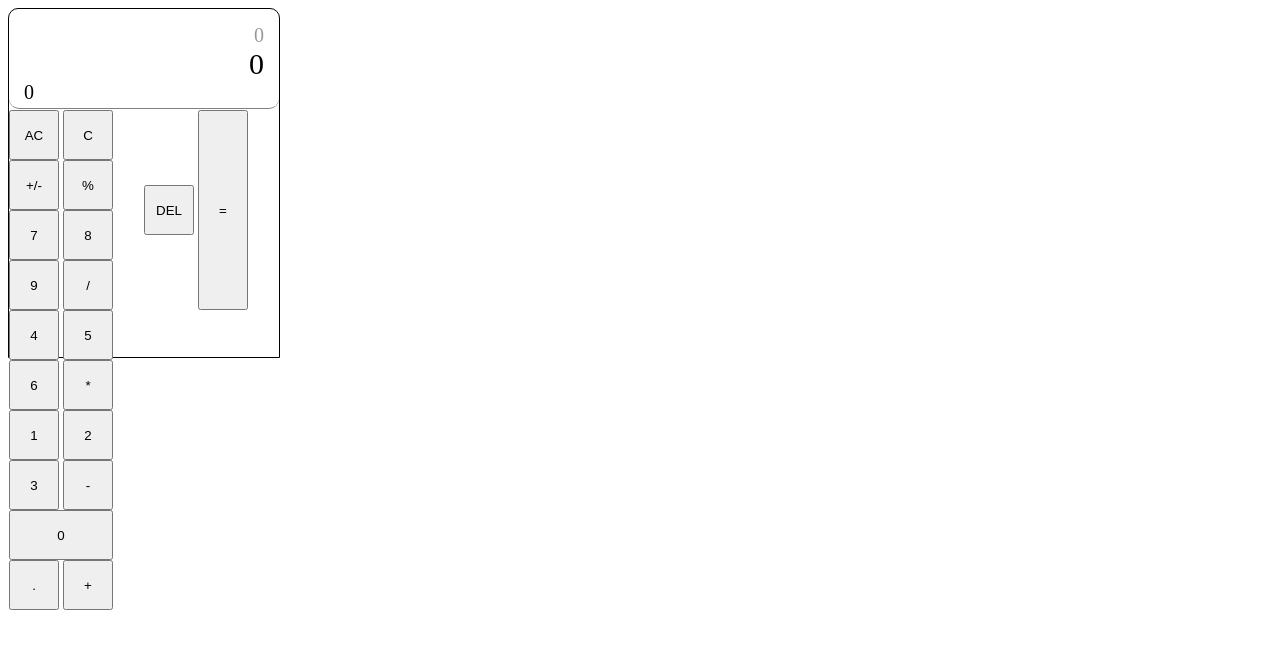
Repository: baziz22/Vanilla_JS_Projects
Page: claculator/index.html
The author's editor kept a copy of each file at every save. The page is drawn from the files as they stood at one save, then again after the next save.
The browser window is 1280 px wide. The pictures show the whole page.

Above is the page before, as saved 2022-03-02 03:28:22.
Console error: SyntaxError: Malformed arrow function parameter list

After the next save:
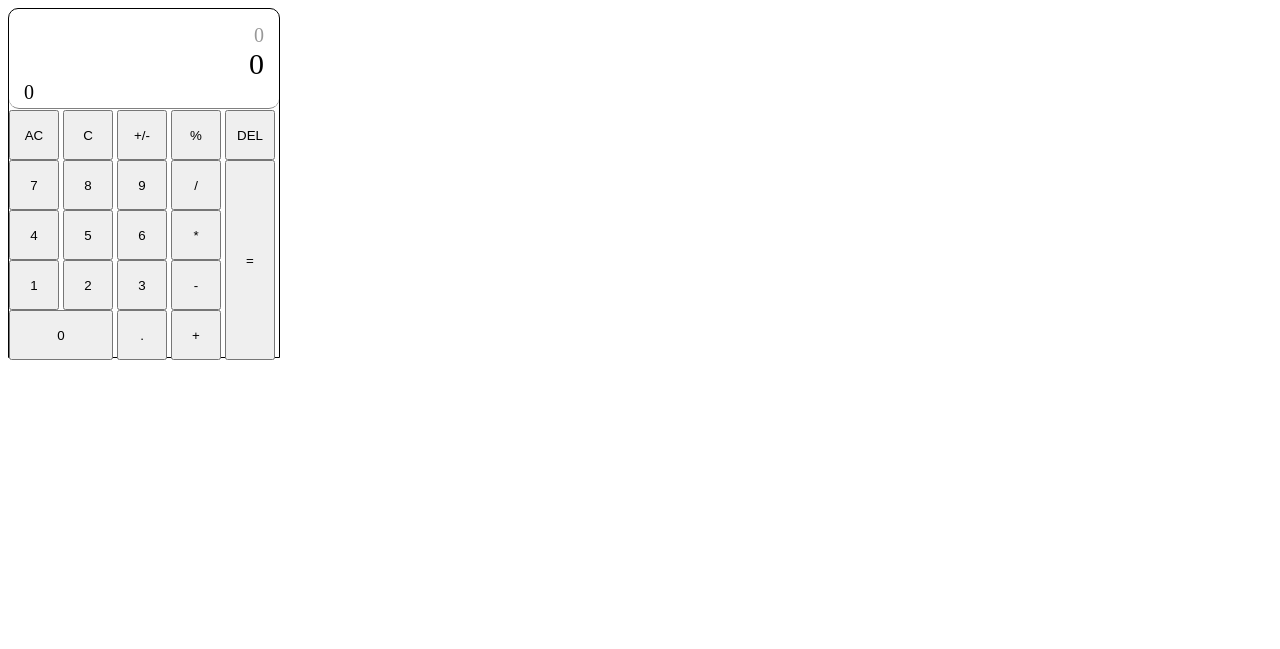
Saved 5 s later.
--- a/claculator/style.css
+++ b/claculator/style.css
@@ -18,7 +18,7 @@
 }
 #right-side {
   align-items: right;
-  flex: 4;
+  flex: 1;
 }
 button {
   width: 50px;
